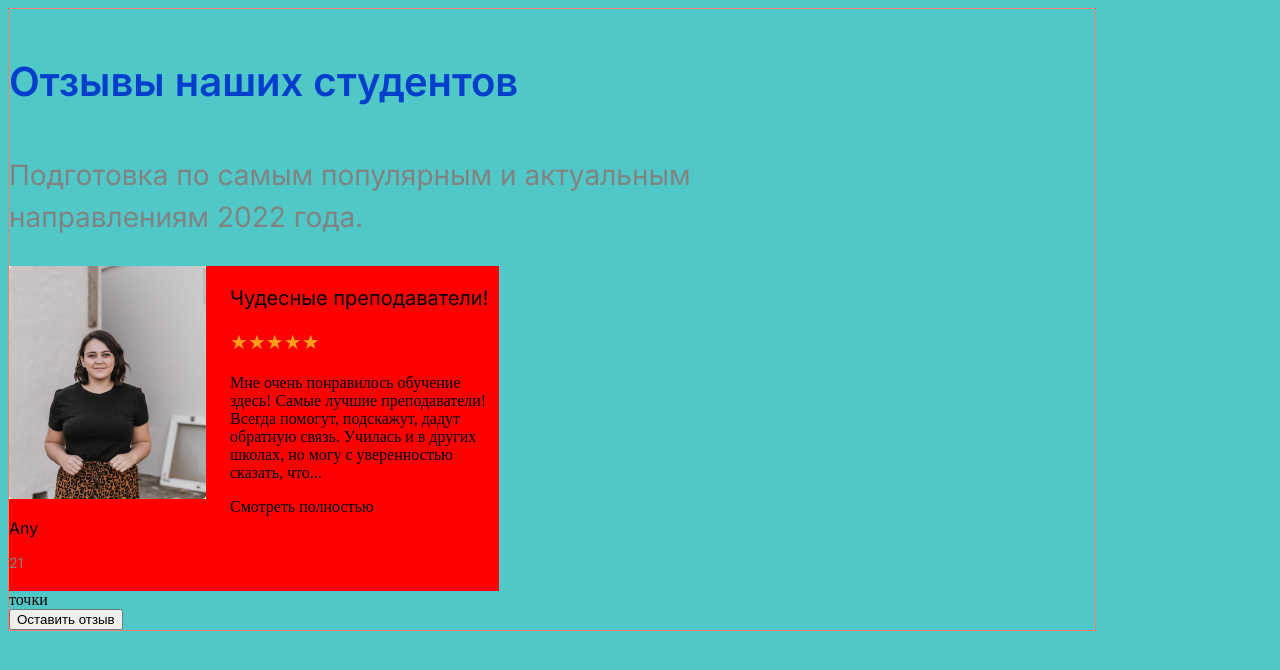
Repository: Malvuna/Studi
Page: index.html
The author's editor kept a copy of each file at every save. The page is drawn from the files as they stood at one save, then again after the next save.
The browser window is 1280 px wide. The pictures show the whole page.

Above is the page before, as saved 2022-07-11 17:22:33.

After the next save:
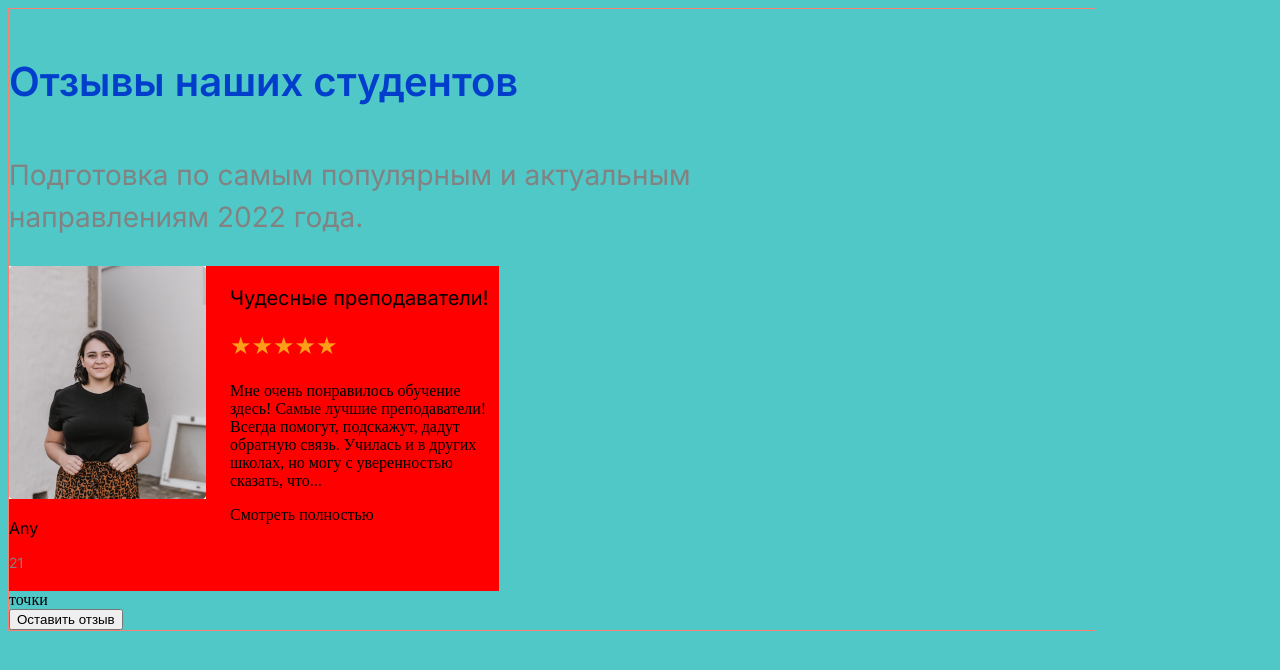
Saved 14 s later.
--- a/css/style.css
+++ b/css/style.css
@@ -68,7 +68,7 @@ body {
     font-family: "Inter";
     font-style: normal;
     font-weight: 500;
-    font-size: 20px;
+    font-size: 24px;
     line-height: 24px;
     color: #FE9D17;
 }
